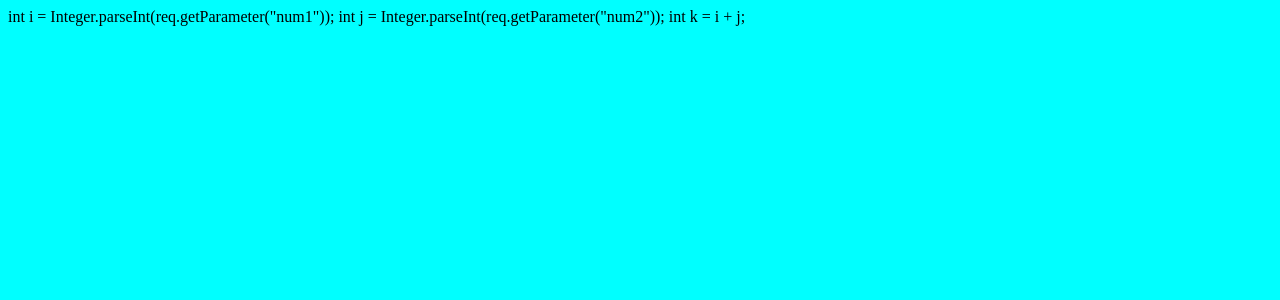
Repository: AbdullahAsif24/servlet_jsp_jdbc_practice
Page: http://localhost/demo_app/add.jsp
The author's editor kept a copy of each file at every save. The page is drawn from the files as they stood at one save, then again after the next save.
The browser window is 1280 px wide. The pictures show the whole page.
The page is served by Tomcat 10. Nobody is signed in. The application's start-up code is not run. Other server files are loaded and not shown.

Above is the page before, as saved 2025-12-24 08:01:02.

### demo_app/src/main/webapp/add.jsp
<%@ page language="java" contentType="text/html; charset=UTF-8"
    pageEncoding="UTF-8"%>
<!DOCTYPE html>
<html>
<head>
<meta charset="UTF-8">
<title>This is jsp page</title>
</head>
<body bgcolor="cyan">
	int i = Integer.parseInt(req.getParameter("num1"));
		int j = Integer.parseInt(req.getParameter("num2"));

		int k = i + j;
</body>
</html>

After the next save:
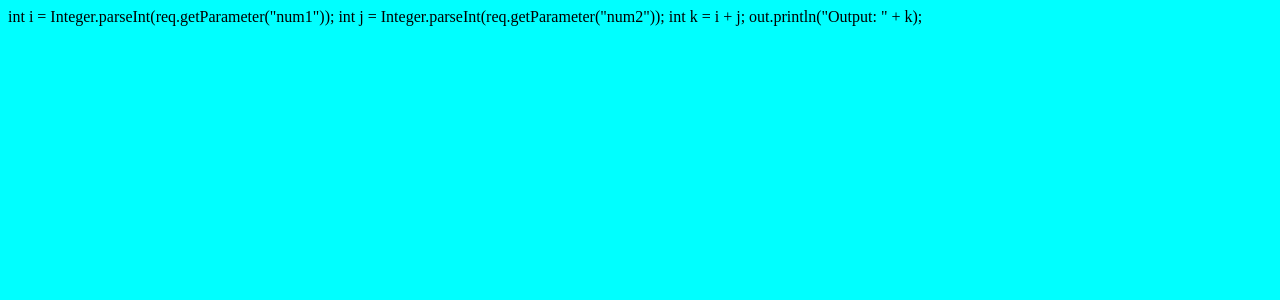
Saved 35 s later.
--- a/demo_app/src/main/webapp/add.jsp
+++ b/demo_app/src/main/webapp/add.jsp
@@ -8,8 +8,10 @@
 </head>
 <body bgcolor="cyan">
 	int i = Integer.parseInt(req.getParameter("num1"));
-		int j = Integer.parseInt(req.getParameter("num2"));
+	int j = Integer.parseInt(req.getParameter("num2"));
 
-		int k = i + j;
+	int k = i + j;
+
+	out.println("Output: " + k);
 </body>
 </html>
